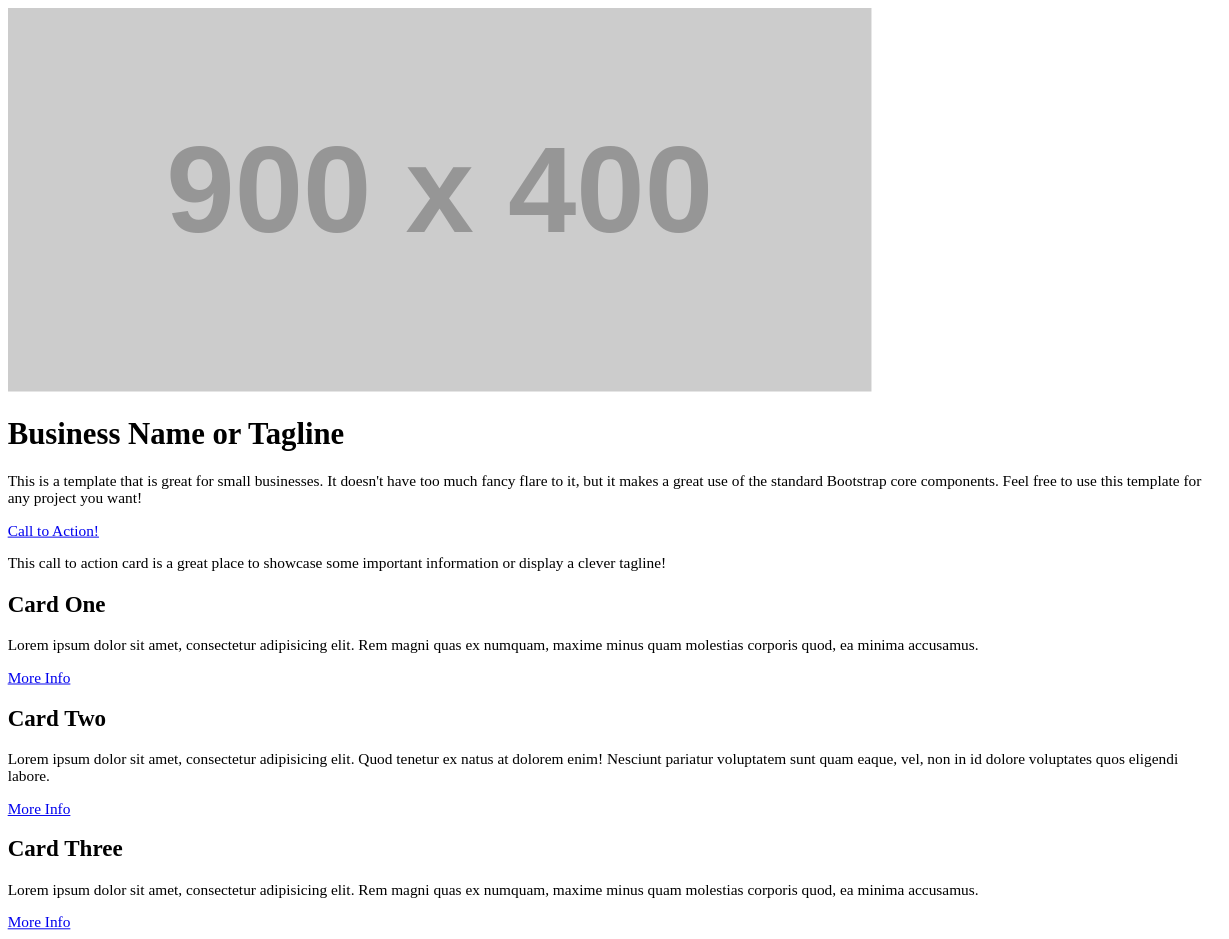
Repository: QuangThuanLion/Project_SpringMVC
Page: http://localhost/springweb-mvc/WEB-INF/views/web/home.jsp
The author's editor kept a copy of each file at every save. The page is drawn from the files as they stood at one save, then again after the next save.
The browser window is 1280 px wide. The pictures show the whole page, at 96% of full size.
The page is served by Tomcat 9. Nobody is signed in. Other server files are loaded and not shown. The template is opened directly, without the code that normally fills it, so the values that code supplies are empty.

Above is the page before, as saved 2020-07-01 11:48:11.

### springweb-mvc/src/main/webapp/WEB-INF/views/web/home.jsp
<%@ page language="java" contentType="text/html; charset=UTF-8"
	pageEncoding="UTF-8"%>
<!DOCTYPE html>
<html>
<head>
<meta charset="UTF-8">
<title>Demo trang chủ</title>
</head>
<body>

	<!-- Page Content -->
	<div class="container">

		<!-- Heading Row -->
		<div class="row align-items-center my-5">
			<div class="col-lg-7">
				<img class="img-fluid rounded mb-4 mb-lg-0"
					src="http://placehold.it/900x400" alt="">
			</div>
			<!-- /.col-lg-8 -->
			<div class="col-lg-5">
				<h1 class="font-weight-light">Business Name or Tagline</h1>
				<p>This is a template that is great for small businesses. It
					doesn't have too much fancy flare to it, but it makes a great use
					of the standard Bootstrap core components. Feel free to use this
					template for any project you want!</p>
				<a class="btn btn-primary" href="#">Call to Action!</a>
			</div>
			<!-- /.col-md-4 -->
		</div>
		<!-- /.row -->

		<!-- Call to Action Well -->
		<div class="card text-white bg-secondary my-5 py-4 text-center">
			<div class="card-body">
				<p class="text-white m-0">This call to action card is a great
					place to showcase some important information or display a clever
					tagline!</p>
			</div>
		</div>

		<!-- Content Row -->
		<div class="row">
			<div class="col-md-4 mb-5">
				<div class="card h-100">
					<div class="card-body">
						<h2 class="card-title">Card One</h2>
						<p class="card-text">Lorem ipsum dolor sit amet, consectetur
							adipisicing elit. Rem magni quas ex numquam, maxime minus quam
							molestias corporis quod, ea minima accusamus.</p>
					</div>
					<div class="card-footer">
						<a href="#" class="btn btn-primary btn-sm">More Info</a>
					</div>
				</div>
			</div>
			<!-- /.col-md-4 -->
			<div class="col-md-4 mb-5">
				<div class="card h-100">
					<div class="card-body">
						<h2 class="card-title">Card Two</h2>
						<p class="card-text">Lorem ipsum dolor sit amet, consectetur
							adipisicing elit. Quod tenetur ex natus at dolorem enim! Nesciunt
							pariatur voluptatem sunt quam eaque, vel, non in id dolore
							voluptates quos eligendi labore.</p>
					</div>
					<div class="card-footer">
						<a href="#" class="btn btn-primary btn-sm">More Info</a>
					</div>
				</div>
			</div>
			<!-- /.col-md-4 -->
			<div class="col-md-4 mb-5">
				<div class="card h-100">
					<div class="card-body">
						<h2 class="card-title">Card Three</h2>
						<p class="card-text">Lorem ipsum dolor sit amet, consectetur
							adipisicing elit. Rem magni quas ex numquam, maxime minus quam
							molestias corporis quod, ea minima accusamus.</p>
					</div>
					<div class="card-footer">
						<a href="#" class="btn btn-primary btn-sm">More Info</a>
					</div>
				</div>
			</div>
			<!-- /.col-md-4 -->

		</div>
		<!-- /.row -->

	</div>
	<!-- /.container -->

</body>
</html>

After the next save:
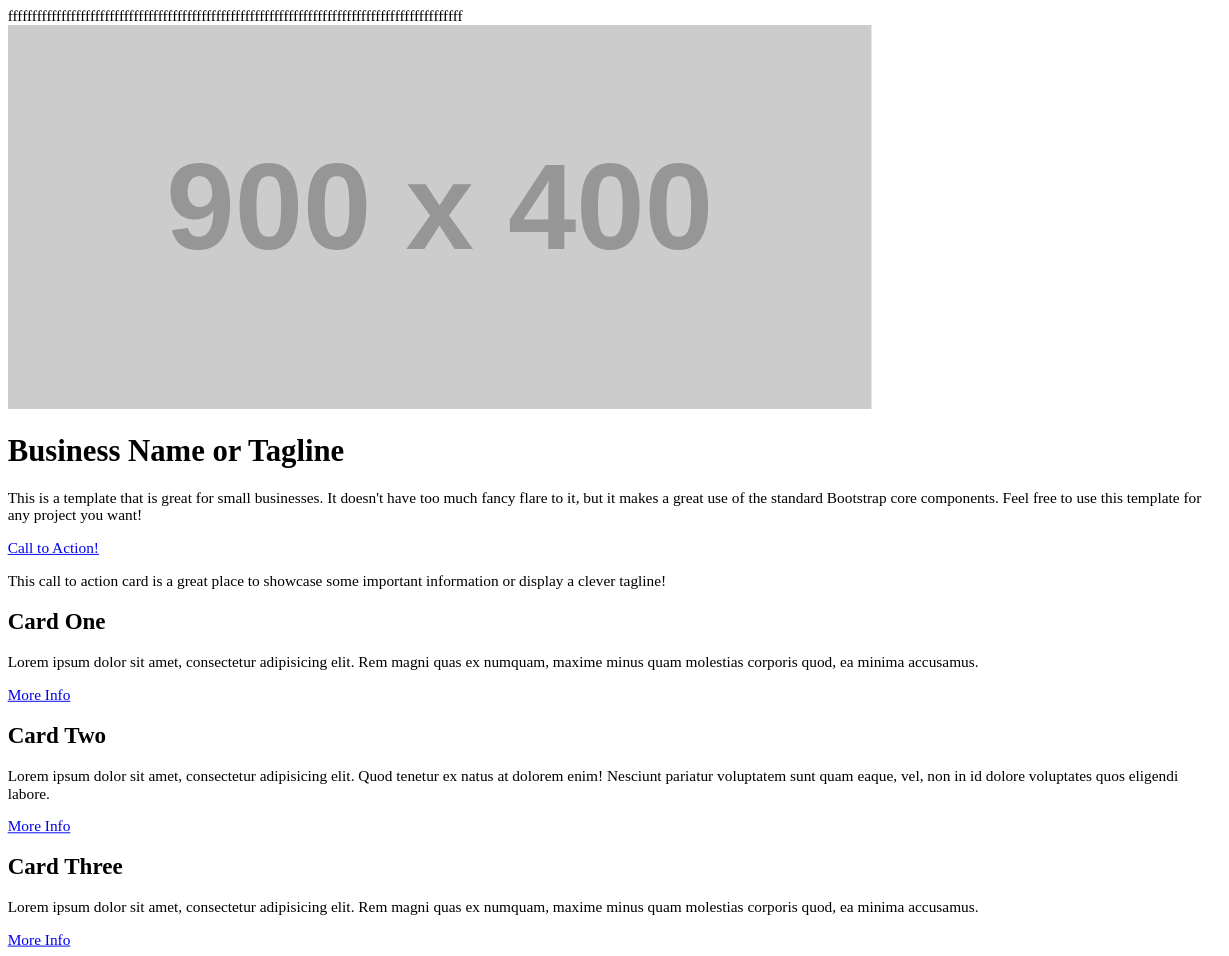
Saved 2 min 9 s later.
--- a/springweb-mvc/src/main/webapp/WEB-INF/views/web/home.jsp
+++ b/springweb-mvc/src/main/webapp/WEB-INF/views/web/home.jsp
@@ -7,7 +7,7 @@
 <title>Demo trang chủ</title>
 </head>
 <body>
-
+ffffffffffffffffffffffffffffffffffffffffffffffffffffffffffffffffffffffffffffffffffffffffffffff
 	<!-- Page Content -->
 	<div class="container">
 

After the save that followed:
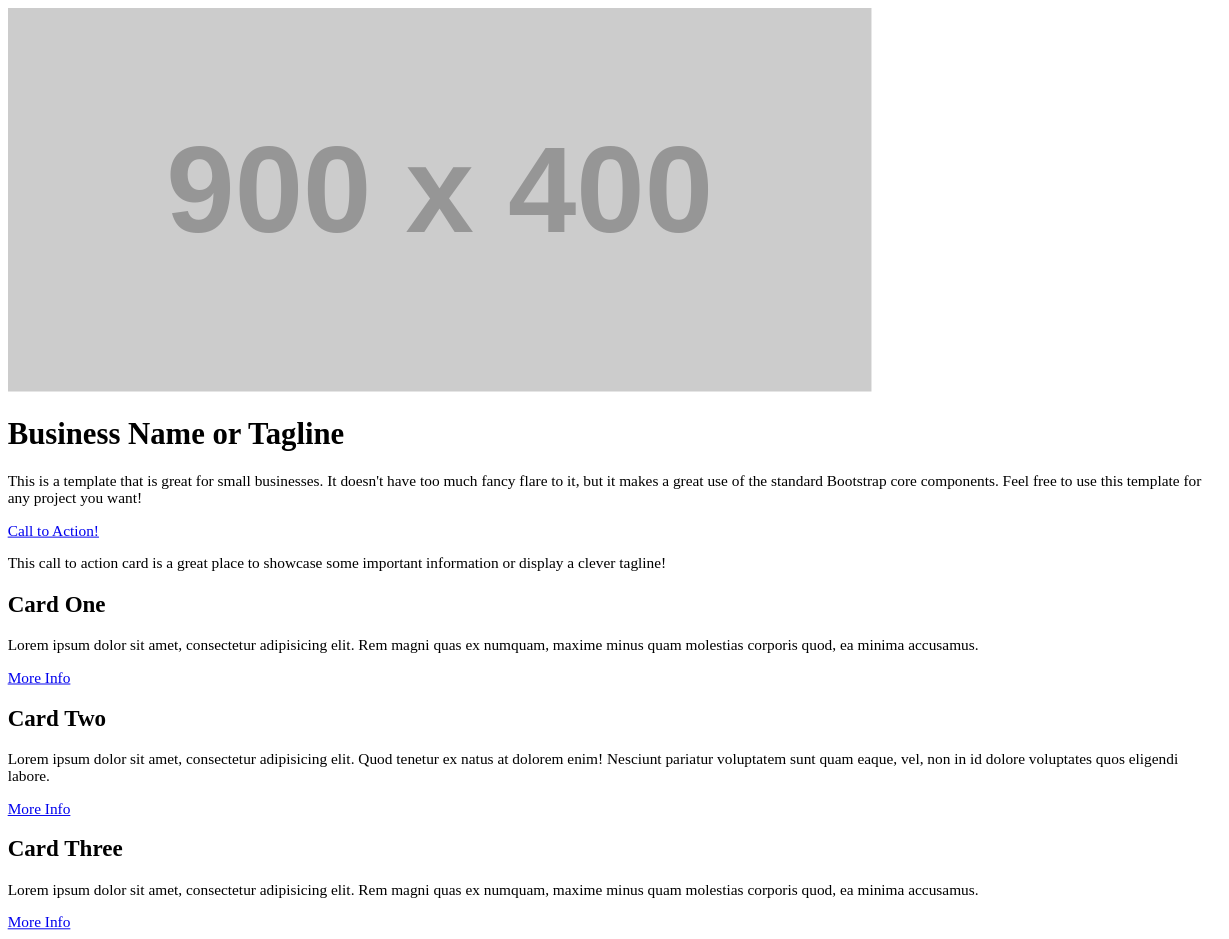
Saved 43 s later.
--- a/springweb-mvc/src/main/webapp/WEB-INF/views/web/home.jsp
+++ b/springweb-mvc/src/main/webapp/WEB-INF/views/web/home.jsp
@@ -7,7 +7,7 @@
 <title>Demo trang chủ</title>
 </head>
 <body>
-ffffffffffffffffffffffffffffffffffffffffffffffffffffffffffffffffffffffffffffffffffffffffffffff
+
 	<!-- Page Content -->
 	<div class="container">
 
